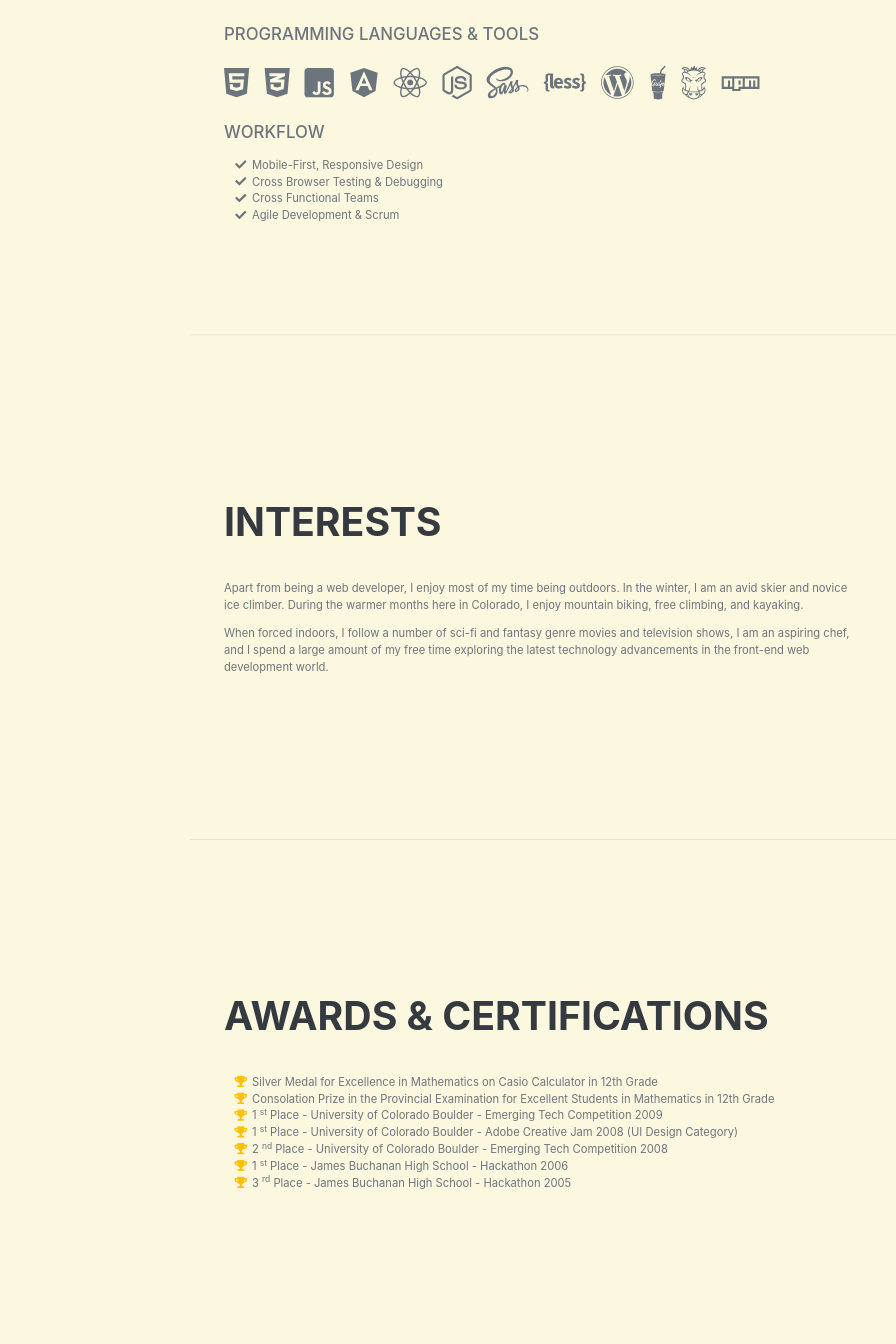
Repository: nguyenlcc/Online-CV
Page: index.html
These files come from the project's save history. The page is drawn as it stood at one moment and after the next save; the edit follows.
The browser window is 1280 px wide. The pictures show the part of the page from y = 2890 to 4810 px (the page is 4810 px tall), at 70% of full size.
Some web fonts or font styles are not loaded; a fallback is used. Some web libraries are served in a nearby version.

Above is the page before, as saved 2022-05-22 15:42:42.

After the next save:
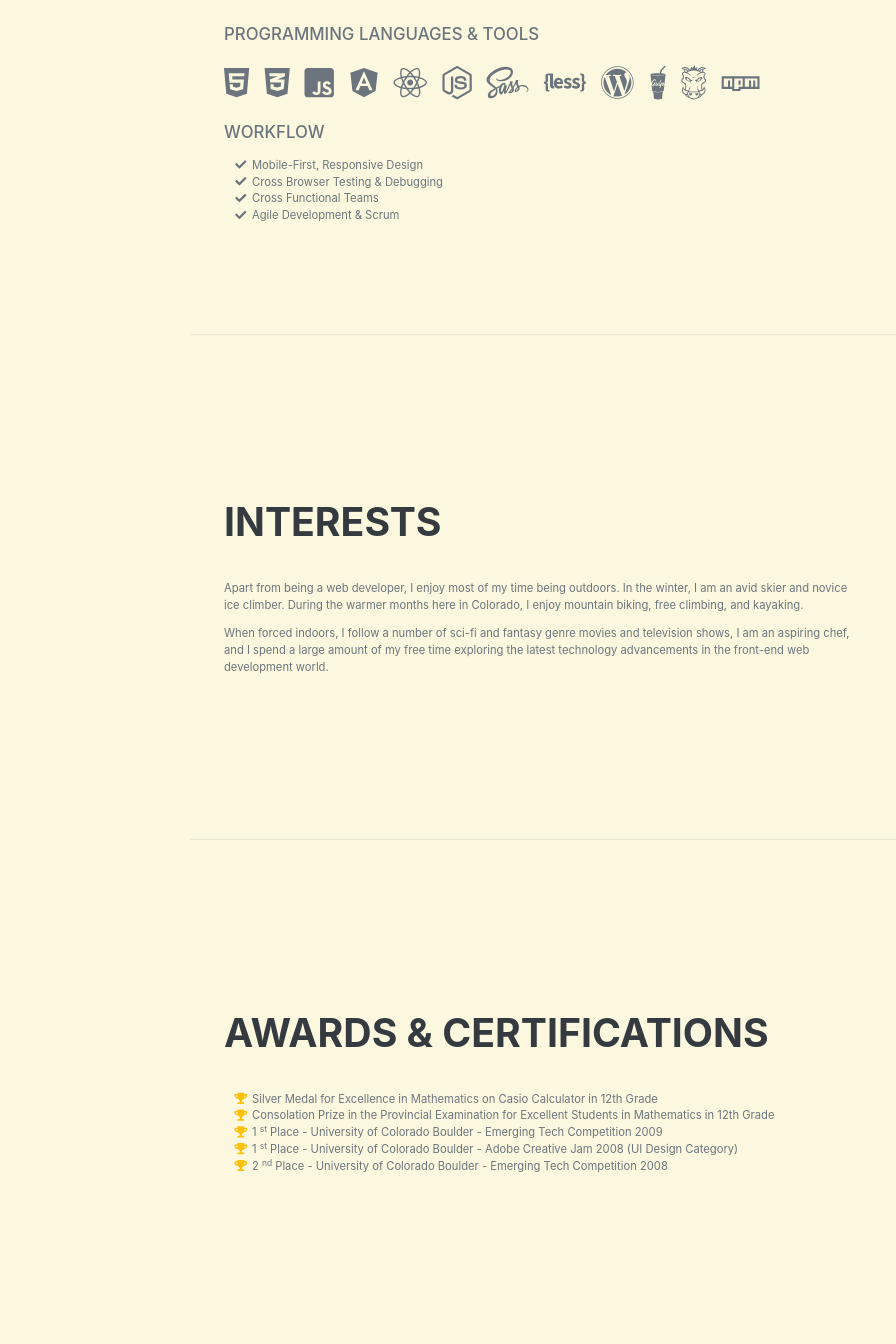
Saved 26 s later.
--- a/index.html
+++ b/index.html
@@ -329,22 +329,7 @@
               Place - University of Colorado Boulder - Emerging Tech Competition
               2008
             </li>
-            <li>
-              <span class="fa-li"
-                ><i class="fas fa-trophy text-warning"></i
-              ></span>
-              1
-              <sup>st</sup>
-              Place - James Buchanan High School - Hackathon 2006
-            </li>
-            <li>
-              <span class="fa-li"
-                ><i class="fas fa-trophy text-warning"></i
-              ></span>
-              3
-              <sup>rd</sup>
-              Place - James Buchanan High School - Hackathon 2005
-            </li>
+
           </ul>
         </div>
       </section>
